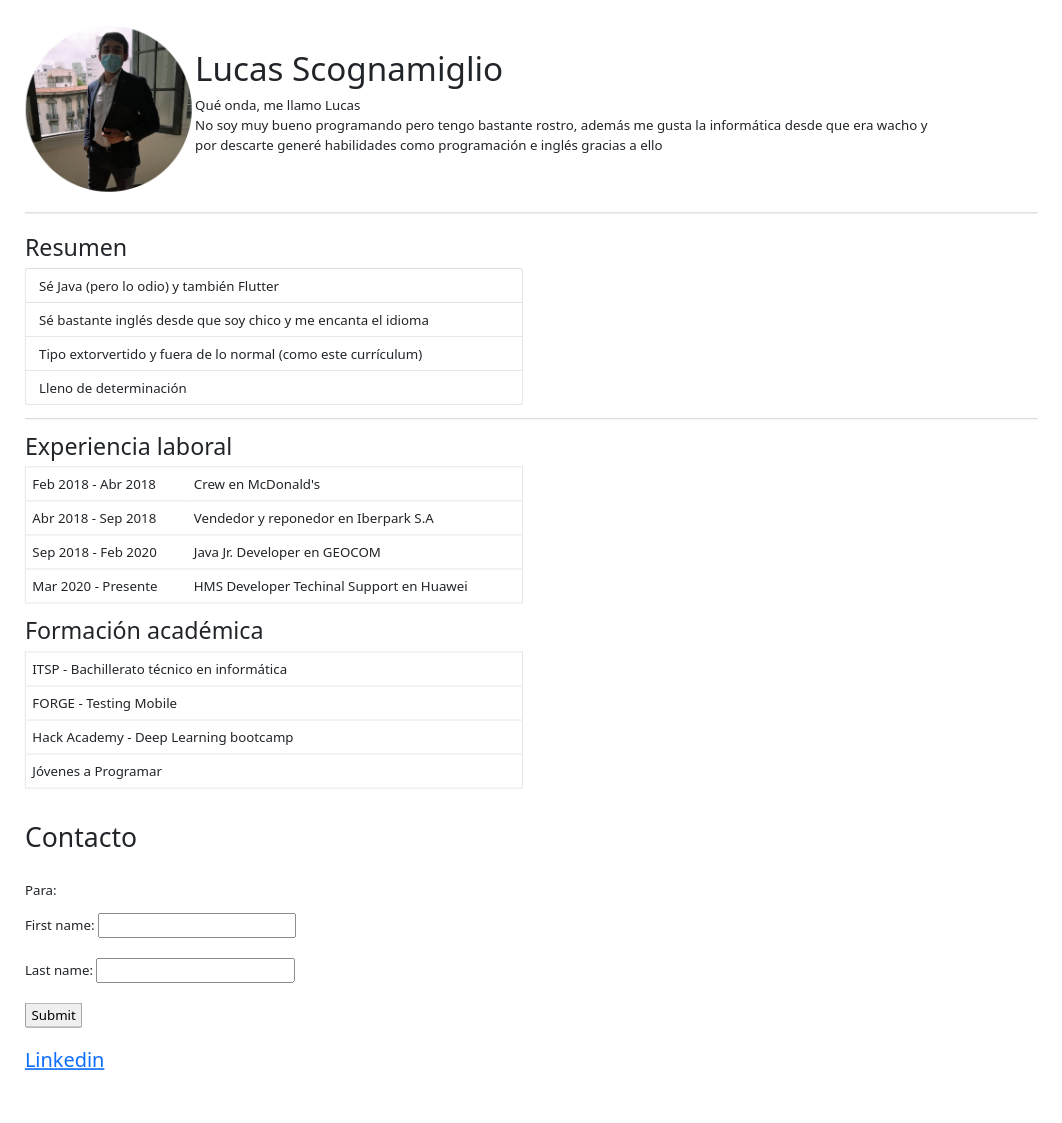
Repository: ScoggoDev/DesarrolloWeb
Page: tarea en equipo 1/cv.html
These files come from the project's save history. The page is drawn as it stood at one moment and after the next save; the edit follows.
The browser window is 1280 px wide. The pictures show the whole page, at 83% of full size.

Above is the page before, as saved 2021-07-12 09:55:53.

### tarea en equipo 1/cv.html
<!DOCTYPE html>
<html>
  <head>
    <meta charset="utf-8">
    <title>CV de Lucas</title>
    <link href="https://cdn.jsdelivr.net/npm/bootstrap@5.0.2/dist/css/bootstrap.min.css" rel="stylesheet" integrity="sha384-EVSTQN3/azprG1Anm3QDgpJLIm9Nao0Yz1ztcQTwFspd3yD65VohhpuuCOmLASjC" crossorigin="anonymous">
    <script src="https://cdn.jsdelivr.net/npm/bootstrap@5.0.2/dist/js/bootstrap.bundle.min.js" integrity="sha384-MrcW6ZMFYlzcLA8Nl+NtUVF0sA7MsXsP1UyJoMp4YLEuNSfAP+JcXn/tWtIaxVXM" crossorigin="anonymous"></script>
  </head>
  <body style="margin: 30px;">
    <table >
      <td><img src="circle-cropped.png" alt="Lucas Scognamiglio" width="200" height="200"></td>
      <td>           </td>
      <td>    <h1>Lucas Scognamiglio</h1>
          <p>Qué onda, me llamo Lucas<br> No soy muy bueno programando pero tengo bastante rostro, además me gusta la informática desde que era wacho y <br>por descarte generé habilidades como programación e inglés gracias a ello <br> </p></td>
    </table>

    <hr class="my-4">
    <h3>Resumen</h3>
    <div style="width: 600px; ">
        <ul class="list-group">
            <li class="list-group-item">Sé Java (pero lo odio) y también Flutter</li>
            <li class="list-group-item">Sé bastante inglés desde que soy chico y me encanta el idioma</li>
            <li class="list-group-item">Tipo extorvertido y fuera de lo normal (como este currículum)</li>
            <li class="list-group-item">Lleno de determinación</li>
          </ul>
    </div>

    <hr>
    <h3>Experiencia laboral</h3>
    <table border="1" class="table" style="width: 600px;">
      <tr>
        <td>Feb 2018 - Abr 2018</td>
        <td>Crew en McDonald's</td>
      </tr>
      <tr>
        <td>Abr 2018 - Sep 2018</td>
        <td>Vendedor y reponedor en Iberpark S.A</td>
      </tr>
      <tr>
        <td>Sep 2018 - Feb 2020</td>
        <td>Java Jr. Developer en GEOCOM</td>
      </tr>
      <tr>
        <td>Mar 2020 - Presente</td>
        <td>HMS Developer Techinal Support en Huawei</td>
      </tr>
    </table>

    <h3>Formación académica</h3>
    <table border="1" class="table" style="width: 600px;">
      <tr>
        <td>ITSP - Bachillerato técnico en informática</td>
      </tr>
      <tr>
        <td>FORGE - Testing Mobile</td>
      </tr>
      <tr>
        <td>Hack Academy - Deep Learning bootcamp</td>
      </tr>
      <tr>
        <td>Jóvenes a Programar</td>
      </tr>
    </table>
    <br>
    <h2>Contacto</h2>
    <br>
    <p>Para:</p><form action="/action_page.php">
      <label for="fname">First name:</label>
      <input type="text" id="fname" name="fname"><br><br>
      <label for="lname">Last name:</label>
      <input type="text" id="lname" name="lname"><br><br>
      <input type="submit" value="Submit">
    </form>
    <br>
    <h4><a href="linkedin.com/in/lucas-scognamiglio-71b154162/">Linkedin</a></h4>
    <br>
  </body>
</html>

After the next save:
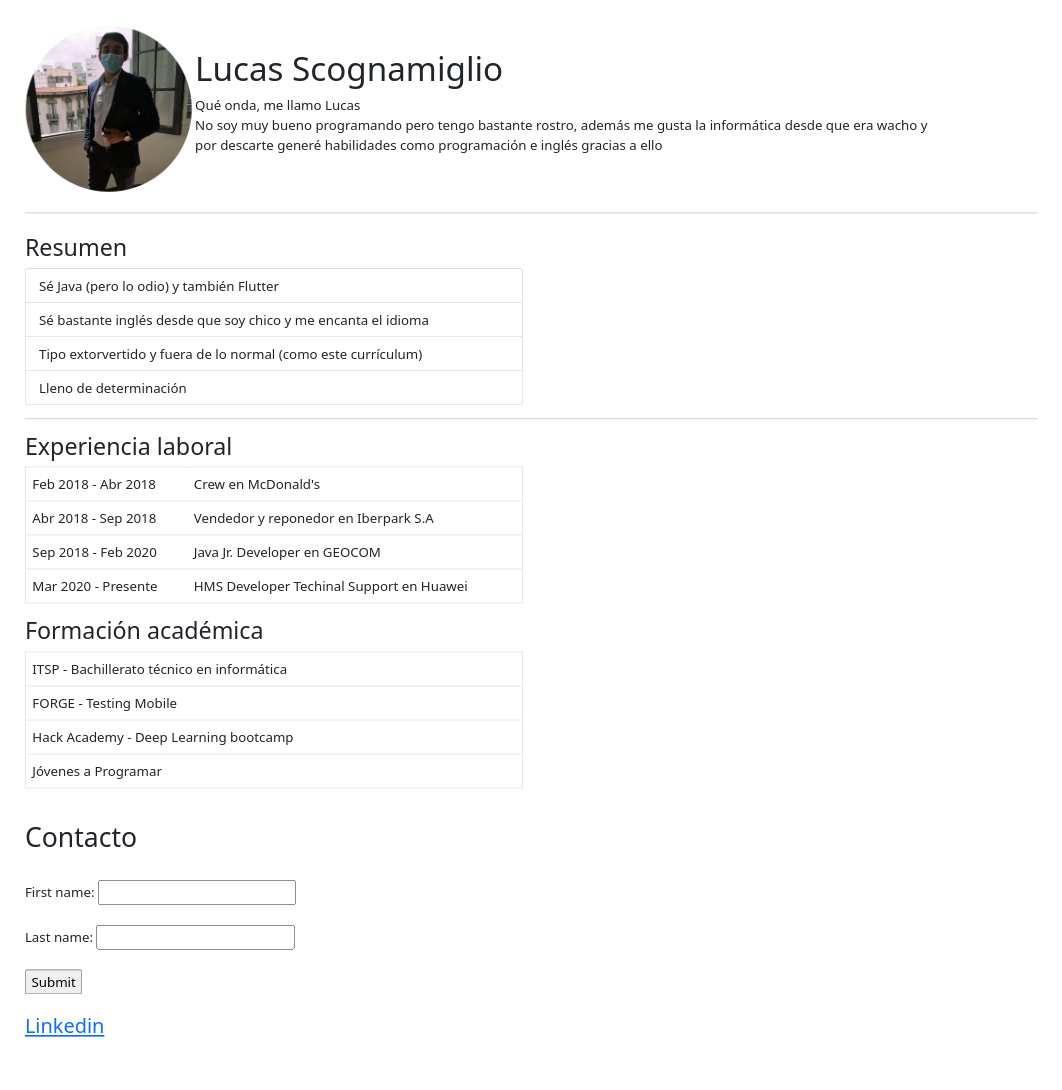
Saved 19 s later.
--- a/tarea en equipo 1/cv.html
+++ b/tarea en equipo 1/cv.html
@@ -64,7 +64,7 @@
     <br>
     <h2>Contacto</h2>
     <br>
-    <p>Para:</p><form action="/action_page.php">
+    <form action="/action_page.php">
       <label for="fname">First name:</label>
       <input type="text" id="fname" name="fname"><br><br>
       <label for="lname">Last name:</label>
